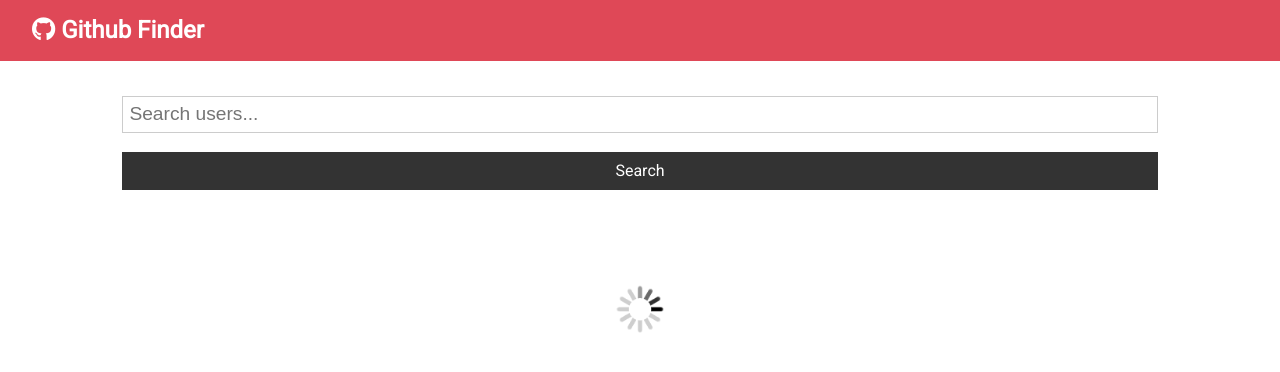
Repository: zhapar/github-finder
Page: /
An editor plug-in stored every save of this project. The page is shown before and after the next save, followed by the edit.
The browser window is 1280 px wide. The pictures show the whole page.
The page's requests for data from a server got no answer. Some web libraries are served in a nearby version. The project was rebuilt for these pictures with package versions that can differ from the ones it lists, and the page was loaded fresh each time. No one was signed in, and anything a server would have sent is missing. Also part of the build but not shown: src/components/users/UserItem.js.

Above is the page before, as saved 2020-05-08 15:12:16.

### src/App.js
import React, { Component } from "react";
import Navbar from "./components/layout/Navbar";
import Users from "./components/users/Users";
import Search from "./components/users/Search";
import axios from "axios";
import "./App.css";

class App extends Component {
  state = {
    users: [],
    loading: false,
  };

  async componentDidMount() {
    this.setState({ loading: true });

    const res = await axios.get(
      `https://api.github.com/users?client_id=${process.env.REACT_APP_GITHUB_CLIENT_ID}&client_secret=${process.env.REACT_APP_GITHUB_CLIENT_SECTRET}`
    );

    this.setState({ users: res.data, loading: false });
  }

  // Search Github users
  searchUsers = async (text) => {
    const res = await axios.get(
      `https://api.github.com/search/users?q=${text}client_id=${process.env.REACT_APP_GITHUB_CLIENT_ID}&client_secret=${process.env.REACT_APP_GITHUB_CLIENT_SECTRET}`
    );

    this.setState({ users: res.data.items, loading: false });
  };

  render() {
    return (
      <div className="App">
        <Navbar />
        <div className="container">
          <Search searchUsers={this.searchUsers} />
          <Users loading={this.state.loading} users={this.state.users} />
        </div>
      </div>
    );
  }
}

export default App;

### src/components/layout/Navbar.js
import React from "react";
import PropTypes from "prop-types";

const Navbar = ({ icon, title }) => {
  return (
    <nav className="navbar bg-primary">
      <h1>
        <i className={icon}></i> {title}
      </h1>
    </nav>
  );
};

Navbar.defaultProps = {
  title: "Github Finder",
  icon: "fab fa-github",
};

Navbar.propTypes = {
  title: PropTypes.string.isRequired,
  icon: PropTypes.string.isRequired,
};

export default Navbar;

### src/components/users/Users.js
import React from "react";
import UserItem from "./UserItem";
import Spinner from "../layout/Spinner";
import PropTypes from "prop-types";

const Users = ({ users, loading }) => {
  if (loading) {
    return <Spinner />;
  } else {
    return (
      <div style={userStyle}>
        {users.map((user) => (
          <UserItem key={user.id} user={user} />
        ))}
      </div>
    );
  }
};

Users.propTypes = {
  users: PropTypes.array.isRequired,
  loading: PropTypes.bool.isRequired,
};

const userStyle = {
  display: "grid",
  gridTemplateColumns: "repeat(3, 1fr)",
  gridGap: "1rem",
};

export default Users;

### src/components/users/Search.js
import React, { Component } from "react";

export class Search extends Component {
  state = {
    text: "",
  };

  onSubmit = (e) => {
    e.preventDefault();
    this.props.searchUsers(this.state.text);
    this.setState({ text: "" });
  };

  onChange = (e) => this.setState({ [e.target.name]: e.target.value });

  render() {
    return (
      <div>
        <form onSubmit={this.onSubmit} className="form">
          <input
            type="text"
            name="text"
            placeholder="Search users..."
            value={this.state.text}
            onChange={this.onChange}
          />
          <input
            type="submit"
            value="Search"
            className="btn btn-dark btn-block"
          />
        </form>
      </div>
    );
  }
}

export default Search;

Loaded but not shown: public/index.html (common file); src/index.js (common file); src/App.css (common file); src/components/layout/Spinner.js (common file)

After the next save:
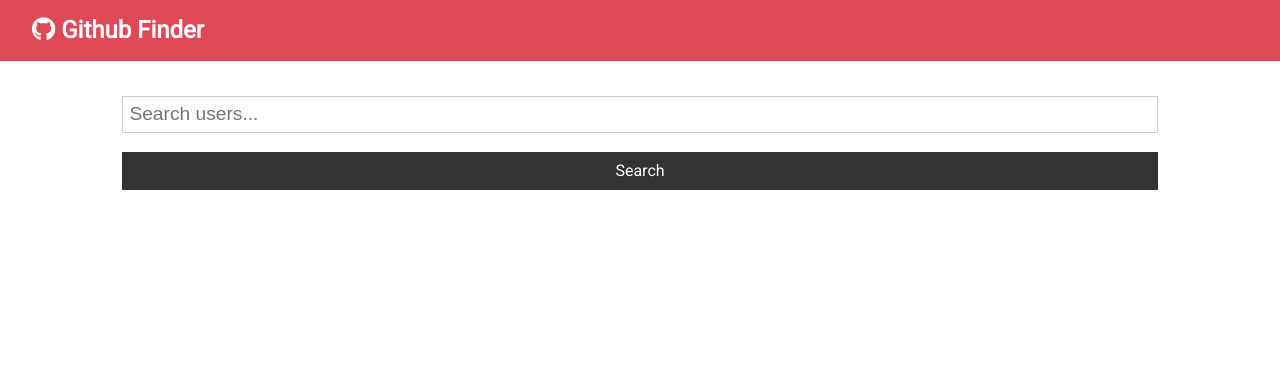
Saved 40 s later.
--- a/src/App.js
+++ b/src/App.js
@@ -11,18 +11,20 @@ class App extends Component {
     loading: false,
   };
 
-  async componentDidMount() {
-    this.setState({ loading: true });
+  // async componentDidMount() {
+  //   this.setState({ loading: true });
 
-    const res = await axios.get(
-      `https://api.github.com/users?client_id=${process.env.REACT_APP_GITHUB_CLIENT_ID}&client_secret=${process.env.REACT_APP_GITHUB_CLIENT_SECTRET}`
-    );
+  //   const res = await axios.get(
+  //     `https://api.github.com/users?client_id=${process.env.REACT_APP_GITHUB_CLIENT_ID}&client_secret=${process.env.REACT_APP_GITHUB_CLIENT_SECTRET}`
+  //   );
 
-    this.setState({ users: res.data, loading: false });
-  }
+  //   this.setState({ users: res.data, loading: false });
+  // }
 
   // Search Github users
   searchUsers = async (text) => {
+    this.setState({ loading: true });
+
     const res = await axios.get(
       `https://api.github.com/search/users?q=${text}client_id=${process.env.REACT_APP_GITHUB_CLIENT_ID}&client_secret=${process.env.REACT_APP_GITHUB_CLIENT_SECTRET}`
     );
